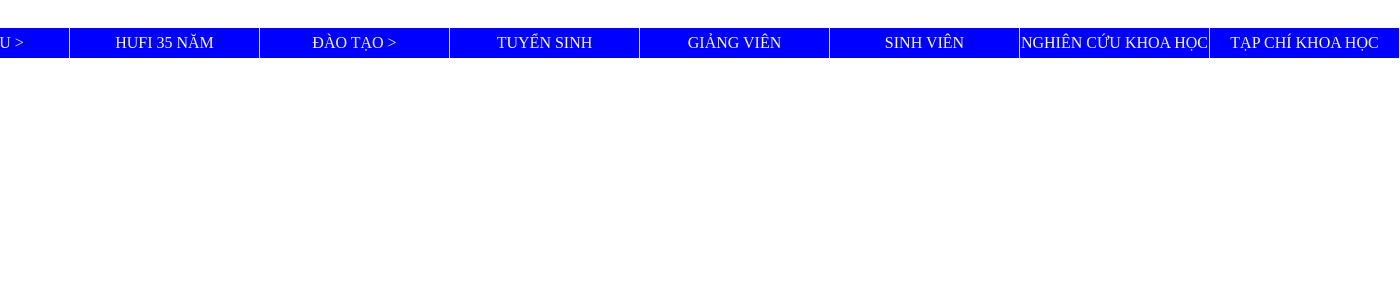
Repository: Tan-Khang21/TH_TKW--Buoi_08
Page: Bai_Tap_Tren_Lop/Bai_03/Bai_03.html
These files come from the project's save history. The page is drawn as it stood at one moment and after the next save; the edit follows.
The browser window is 1280 px wide. The page is 1400 px wide, so the pictures cover 1400 px, including what lies to the right of the window. The pictures show the whole page.

Above is the page before, as saved 2024-03-13 20:46:35.

After the next save:
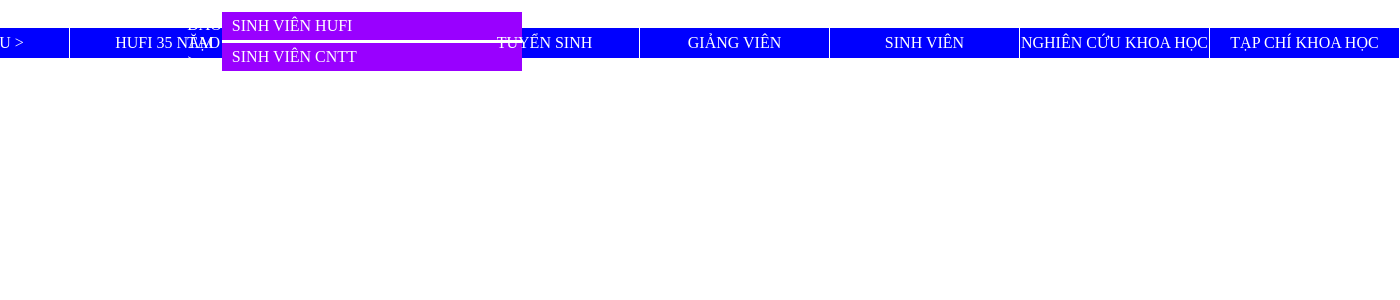
Saved 35 s later.
--- a/Bai_Tap_Tren_Lop/Bai_03/Bai_03.html
+++ b/Bai_Tap_Tren_Lop/Bai_03/Bai_03.html
@@ -23,7 +23,7 @@
         </li>
         <li style="display: flex" class="list1_item">
           <a href="#"> ĐÀO TẠO ></a>
-          <ul class="list2">
+          <ul class="list2_b">
             <li class="list2_item"><a href="#">Sinh viên Hufi</a></li>
             <li style="display: flex" class="list2_item">
               <a href="#"> Sinh viên CNTT</a>

After the 3 saves that followed:
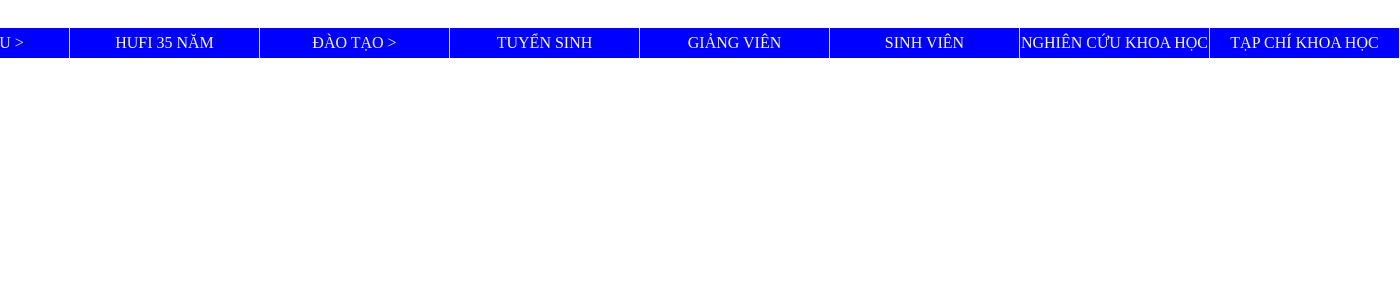
The 3 saves are shown as one change because 2 left the picture as it was.
The last was saved 63 s later.
--- a/Bai_Tap_Tren_Lop/Bai_03/Bai_03.html
+++ b/Bai_Tap_Tren_Lop/Bai_03/Bai_03.html
@@ -18,10 +18,10 @@
             <li class="list2_item"><a href="#">Ba Công Khai</a></li>
           </ul>
         </li>
-        <li style="display: flex" class="list1_item">
+        <li class="list1_item">
           <a href="#">HUFI 35 NĂM </a>
         </li>
-        <li style="display: flex" class="list1_item">
+        <li class="list1_item">
           <a href="#"> ĐÀO TẠO ></a>
           <ul class="list2_b">
             <li class="list2_item"><a href="#">Sinh viên Hufi</a></li>
--- a/Bai_Tap_Tren_Lop/Bai_03/style.css
+++ b/Bai_Tap_Tren_Lop/Bai_03/style.css
@@ -28,7 +28,8 @@ ul {
 .list1_item:hover {
   background-color: #0cf;
 }
-.list2 {
+.list2,
+.list2_b {
   position: absolute;
   top: 30px;
   left: 0px;
